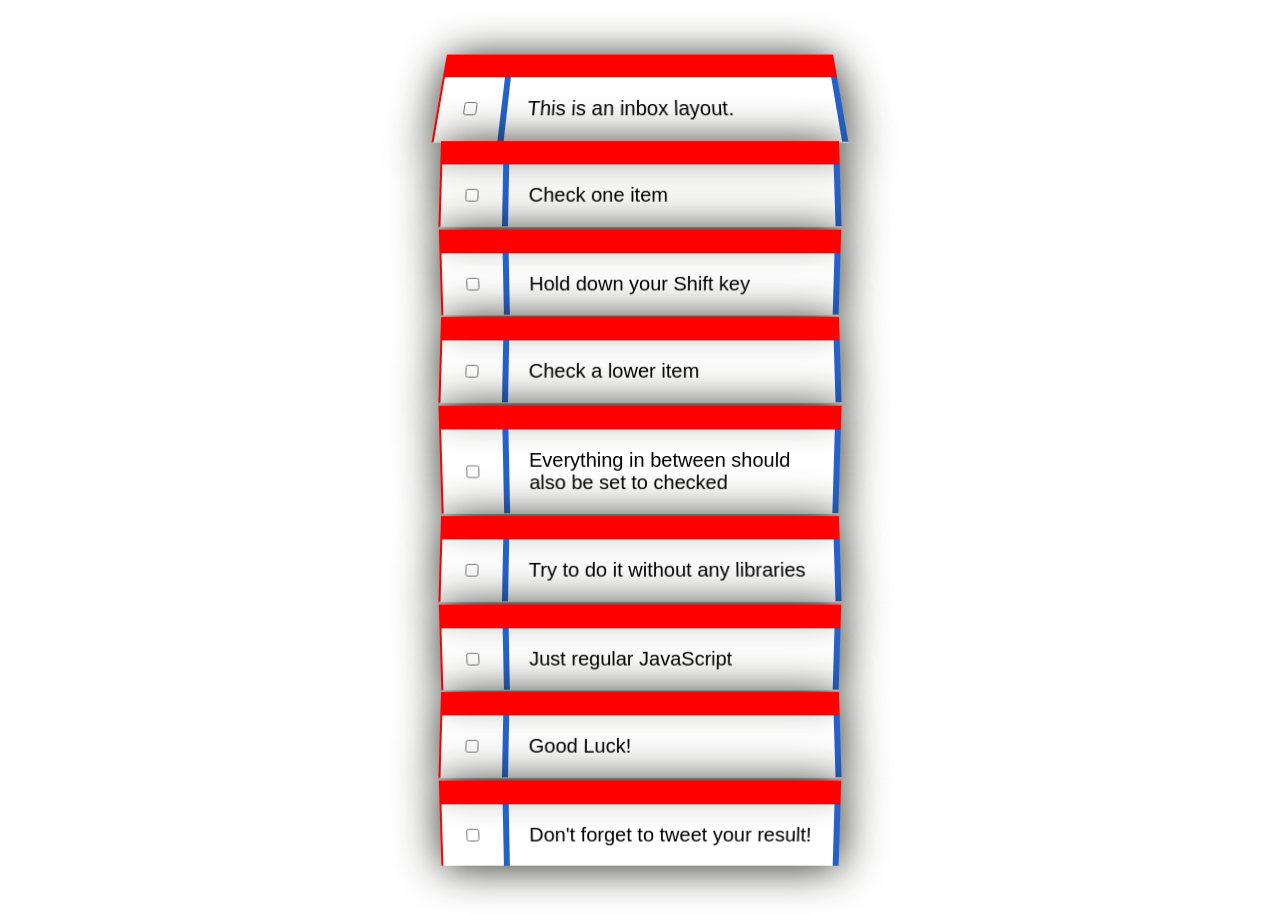
Repository: Freezler/Shift-Select-Checkboxes
Page: index.html
The author's editor kept a copy of each file at every save. The page is drawn from the files as they stood at one save, then again after the next save.
The browser window is 1280 px wide. The pictures show the whole page.
The pointer rests on the first visible `.item:nth-child(odd)`.

Above is the page before, as saved 2024-09-07 22:13:13.

### index.html
<!DOCTYPE html>
<html lang="en">

<head>
  <meta charset="UTF-8">
  <title>Hold Shift to Check Multiple Checkboxes</title>
  <link rel="icon" href="https://fav.farm/🔥" />
</head>

<body>
  <style>
    html {
      font-family: sans-serif;
      font-weight: 500;
      background: none;
    }




    .inbox {
      max-width: 400px;
      margin: 50px auto;

      border-radius: 5px;
    }

    .item {
      display: flex;
      transition: all 0.2s linear;
      border-inline-start: 2px solid red;
      ;
      border-block-start: 24px solid red;
      box-shadow: 1px 2px 44px rgba(32, 35, 24, 0.947);
      border-bottom: 1px solid #F1F1F1;
    }

    .item:last-child {
      border-bottom: 0;
    }

    input:checked+p {
      background: #F9F9F9;
      text-decoration: line-through;
    }

    input[type="checkbox"] {
      margin: 24px;
    }

    input:checked+p {
      background: #a3040452;
      text-decoration: line-through;
      color: cornsilk;
      border-inline: 6px solid #7c0529;
    }

    input:checked {
      accent-color: #a30404bd;
    }

    .inbox .item:nth-child(even) {
      transform: perspective(1400px) rotateX(12deg) translateY(2px) scale(1.001);

    }

    .item:nth-child(odd) {
      transform: perspective(1400px) rotateX(-12deg) translateY(3px);

    }

    .item:nth-child(odd):hover {
      transform: perspective(100px) rotateX(5deg) translateY(3px);

    }

    .item:nth-child(even):hover {
      transform: perspective(100px) rotateX(5deg) translateY(3px);

    }

    .item:nth-child(even) {
      transform: perspective(900px) rotateX(-5deg) translateY(3px);

    }

    p {
      margin: 0;
      padding: 20px;
      transition: background 0.6s;
      flex: 1;

      font-size: 20px;
      font-weight: 200;
      border-inline: 6px solid #2361cc;
    }
  </style>
  <!--  The following is a common layout you would see in an email client.
        When a user clicks a checkbox, holds Shift, and then clicks another checkbox a few rows down, all the checkboxes in between those two checkboxes should be checked.

  -->
  <div class="inbox">
    <div class="item">
      <input type="checkbox">
      <p>This is an inbox layout.</p>
    </div>
    <div class="item">
      <input type="checkbox">
      <p>Check one item</p>
    </div>
    <div class="item">
      <input type="checkbox">
      <p>Hold down your Shift key</p>
    </div>
    <div class="item">
      <input type="checkbox">
      <p>Check a lower item</p>
    </div>
    <div class="item">
      <input type="checkbox">
      <p>Everything in between should also be set to checked</p>
    </div>
    <div class="item">
      <input type="checkbox">
      <p>Try to do it without any libraries</p>
    </div>
    <div class="item">
      <input type="checkbox">
      <p>Just regular JavaScript</p>
    </div>
    <div class="item">
      <input type="checkbox">
      <p>Good Luck!</p>
    </div>
    <div class="item">
      <input type="checkbox">
      <p>Don't forget to tweet your result!</p>
    </div>
  </div>

  <script>
    const checkboxes = document.querySelectorAll('.inbox input[type="checkbox"]');

    checkboxes.forEach(checkbox => checkbox.addEventListener('click', handleCheck))

    let lastChecked;

    function handleCheck(e) {
      // check for shift-press && checked
      let inBetween = false;
      // loop over every single checkbox
      if (e.shiftKey && this.checked) {
        checkboxes.forEach(checkbox => {
          if (checkbox === this || checkbox === lastChecked) {
            inBetween = !inBetween
          }
          if (inBetween) {
            checkbox.checked = true
          }
        })
      }

      if (e.shiftKey && this.checked) {
        console.log("haha it's clicked with shift down AND checked!")
      }
      if (e.shiftKey && !this.checked) {
        console.log("haha it's clicked with shift down but not checked!")
      }
      lastChecked = this;
    }

  </script>
</body>

</html>

After the next save:
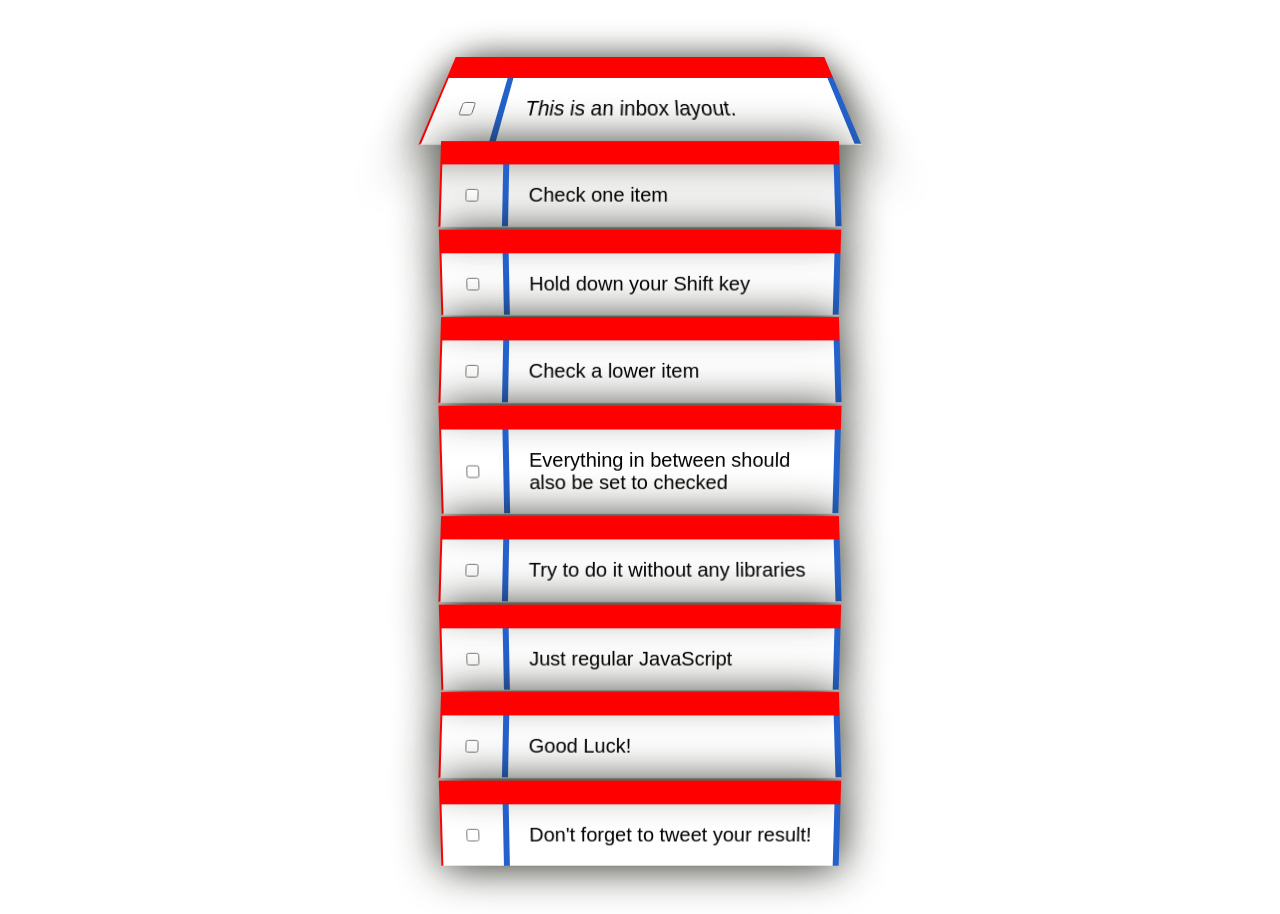
Saved 30 s later.
--- a/index.html
+++ b/index.html
@@ -70,7 +70,7 @@
     }
 
     .item:nth-child(odd):hover {
-      transform: perspective(100px) rotateX(5deg) translateY(3px);
+      transform: perspective(100px) rotateX(12deg) translateY(3px);
 
     }
 
